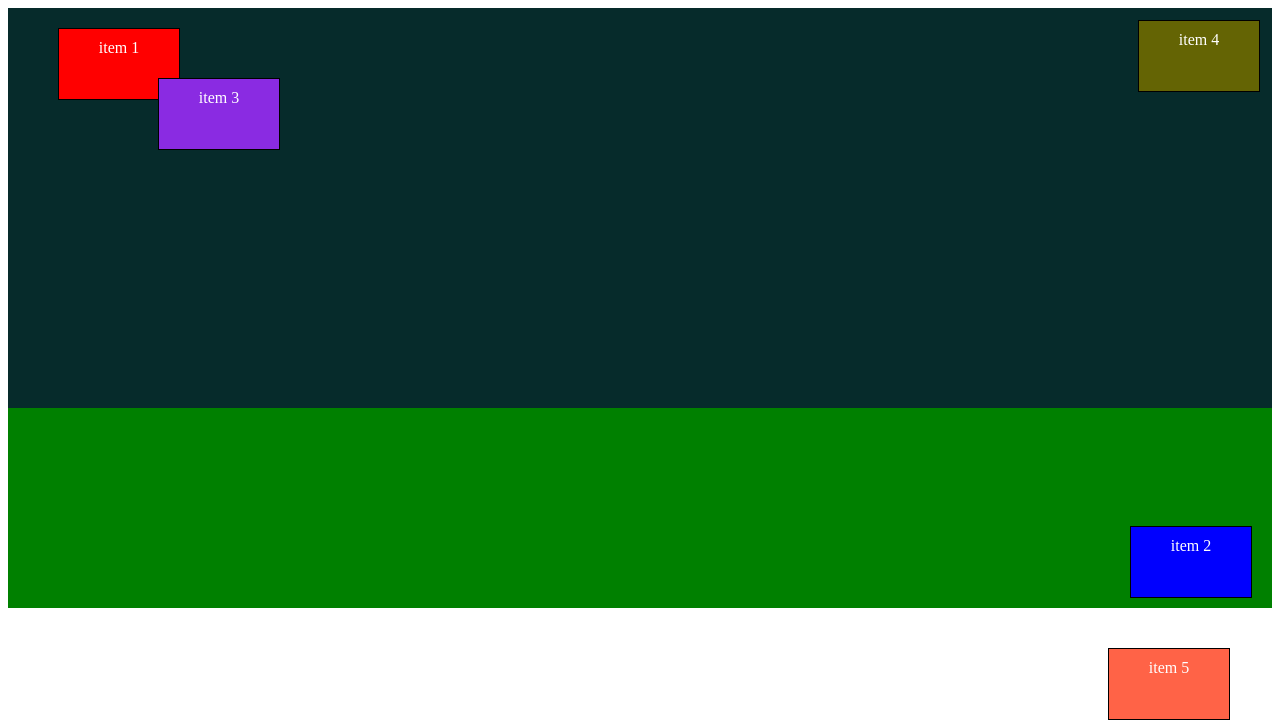
Repository: nmaury/TpsCambodge
Page: InternetProgramming/Css/sample.html
These files come from the project's save history. The page is drawn as it stood at one moment and after the next save; the edit follows.
The browser window is 1280 px wide. The pictures show the whole page.

Above is the page before, as saved 2022-12-06 02:59:16.

After the next save:
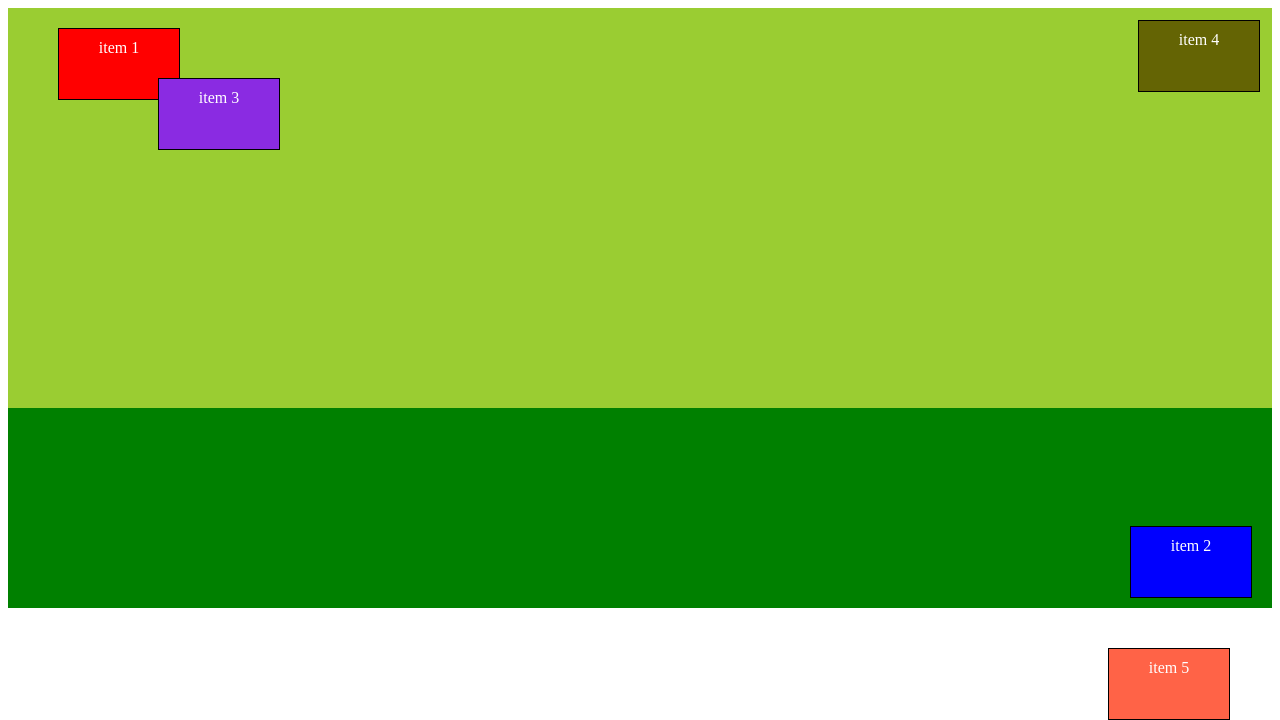
Saved 66 s later.
--- a/InternetProgramming/Css/sample.css
+++ b/InternetProgramming/Css/sample.css
@@ -36,7 +36,7 @@
     bottom: 0px;
 }
 .parent{
-    background-color: rgb(6,43,43);
+    background-color: yellowgreen;
     width: 100%;
     height: 400px;
 }
@@ -47,5 +47,6 @@
     position: absolute;
 }
 .grand-parent{
+    background-color: rgb(6,43,43);
     position: relative;
 }
